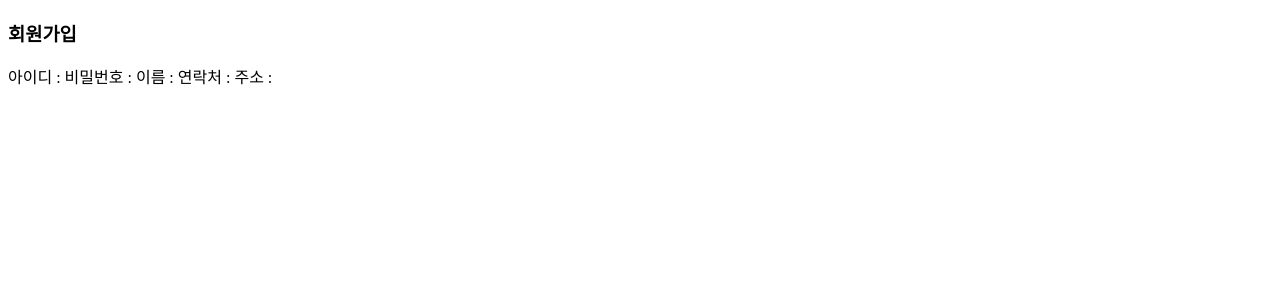
Repository: suinautant/learnCode
Page: http://localhost/JSPBook/ch05/request1.jsp
These files come from the project's save history. The page is drawn as it stood at one moment and after the next save; the edit follows.
The browser window is 1280 px wide. The pictures show the whole page.
The page is served by Tomcat 9. Other server files are loaded and not shown.

Above is the page before, as saved 2021-07-01 01:21:23.

### jsp/JSPBook/WebContent/ch05/request1.jsp
<%@ page language="java" contentType="text/html; charset=UTF-8" pageEncoding="UTF-8"%>
<!DOCTYPE html>
<html>
<head>
<meta charset="UTF-8">
<title>request 객체</title>
</head>
<body>
	<h3>회원가입</h3>
	<form name="member" action="process1.jsp" method="post">아이디 : 비밀번호 : 이름 : 연락처 : 주소 :</form>
</body>
</html>

After the next save:
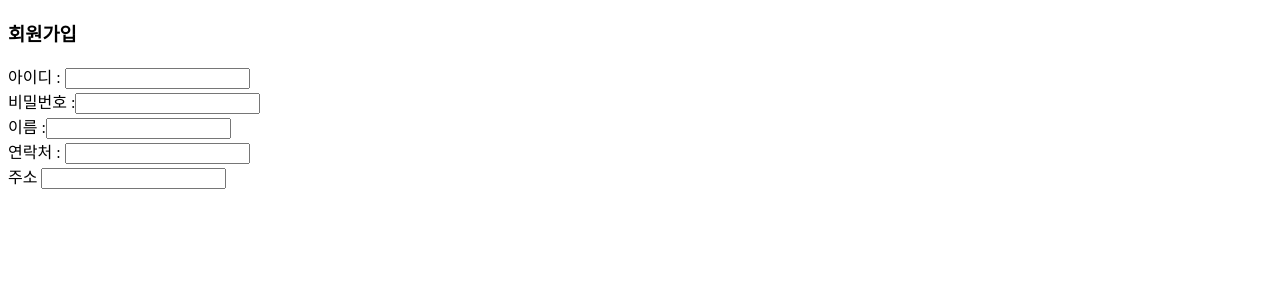
Saved 3 min 1 s later.
--- a/jsp/JSPBook/WebContent/ch05/request1.jsp
+++ b/jsp/JSPBook/WebContent/ch05/request1.jsp
@@ -7,6 +7,12 @@
 </head>
 <body>
 	<h3>회원가입</h3>
-	<form name="member" action="process1.jsp" method="post">아이디 : 비밀번호 : 이름 : 연락처 : 주소 :</form>
+	<form name="member" action="process1.jsp" method="post">
+	아이디 : <input type="text" name="id" /> <br />
+	비밀번호 :<input type="text" name="passwd" /> <br />
+	이름 :<input type="text" name="name" /> <br />
+	연락처 : <input type="text" name="tel" /> <br />
+	주소 <input type="text" name="addr" /> <br />
+	</form>
 </body>
 </html>
